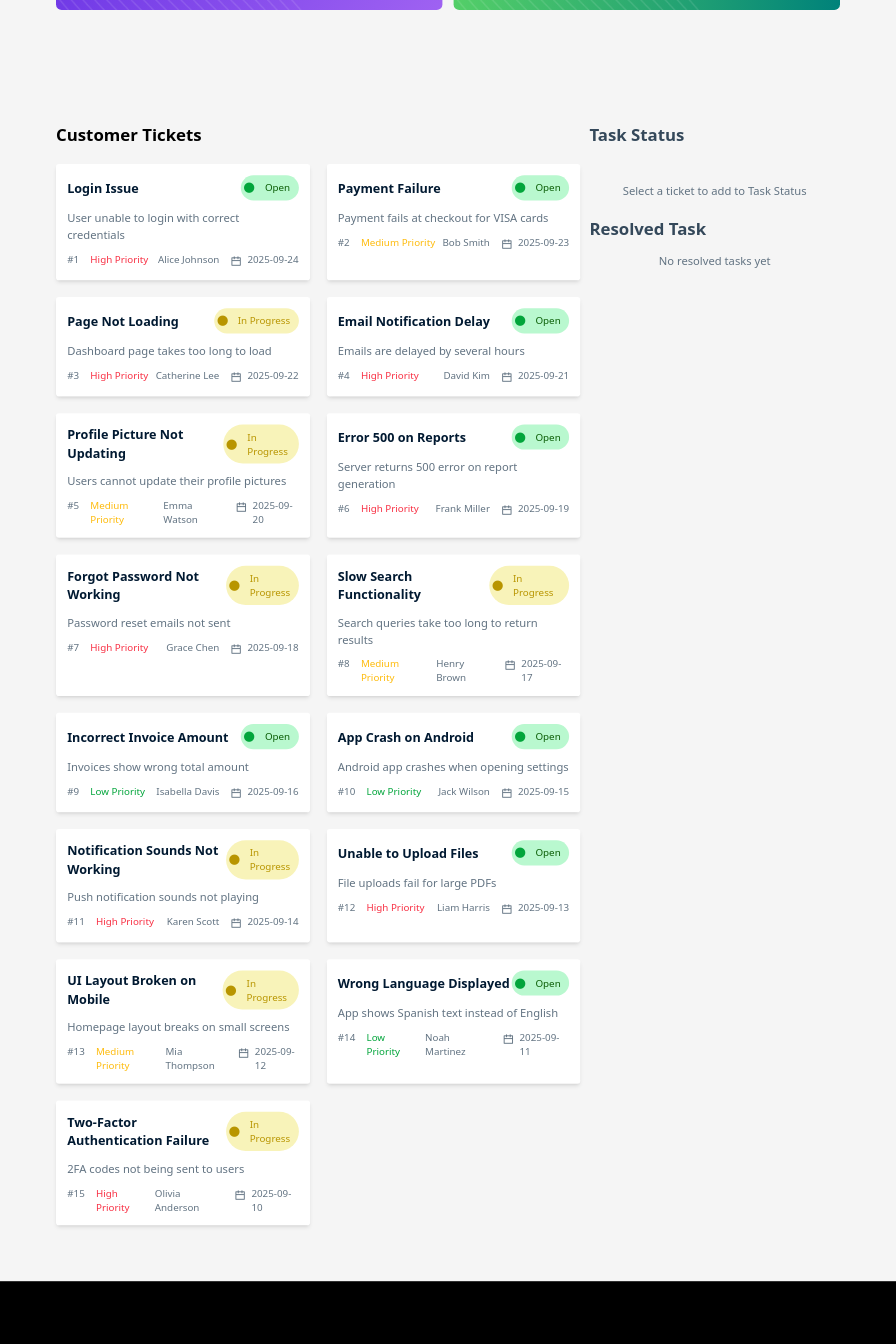
Repository: belalctgns2021/customer-support-zones
Page: /
These files come from the project's save history. The page is drawn as it stood at one moment and after the next save; the edit follows.
The browser window is 1280 px wide. The pictures show the part of the page from y = 386 to 2306 px (the page is 2704 px tall before and 2714 px after), at 70% of full size.
Some web libraries are served in a nearby version. The project was rebuilt for these pictures with package versions that can differ from the ones it lists, and the page was loaded fresh each time. Also part of the build but not shown: vite.config.js.

Above is the page before, as saved 2025-10-29 07:18:04.

### index.html
<!doctype html>
<html lang="en">

<head>
  <meta charset="UTF-8" />
  <meta name="viewport" content="width=device-width, initial-scale=1.0" />
  <link href="https://cdn.jsdelivr.net/npm/remixicon@4.5.0/fonts/remixicon.css" rel="stylesheet" />
  <title>customer-service</title>
</head>

<body style="background-color: white;">
  <div id="root"></div>
  <script type="module" src="/src/main.jsx"></script>
</body>

</html>

### src/index.css
@import url("https://fonts.googleapis.com/css2?family=Inter:wght@100..900&display=swap");

@import "tailwindcss";
@plugin "daisyui";

### src/App.jsx
import "./index.css";
import React, { Suspense } from "react";
import Navbar from "./components/Navbar/Navbar";
import Progress from "./components/Progress/Progress";
import Hero from "./components/Hero/Hero";
import Footer from "./components/Footer/Footer";

function App() {
  return (
    <>
      <Navbar />
      <Hero />
      <Footer />
    </>
  );
}

export default App;

### src/components/Navbar/Navbar.jsx
import React from "react";

const Navbar = () => {
  return (
    <div className="font-inter px-[10px] md:px-[20px] lg:px-[80px] py-[5px] md:py-[15px]  flex items-center justify-between">
      <p className="text-[16px] md:text-[20px] lg:text-[24px] font-[700] text-[#130B2D]">
        CS - Ticket System
      </p>

      <div className="flex items-center gap-[32px]">
        <div className="hidden md:flex ">
          <ul className="flex md:text-[12px] md:gap-[12px] lg:gap-[30px] lg:text-[16px] font-[400] text-black">
            <li className="hover:scale-[1.1]">
              <a href="#">Home</a>
            </li>
            <li className="hover:scale-[1.1]">
              <a href="#">FAQ</a>
            </li>
            <li className="hover:scale-[1.1]">
              <a href="#">Changelog</a>
            </li>
            <li className="hover:scale-[1.1]">
              <a href="#">Blog</a>
            </li>
            <li className="hover:scale-[1.1]">
              <a href="#">Download</a>
            </li>
            <li className="hover:scale-[1.1]">
              <a href="#">Contact</a>
            </li>
          </ul>
        </div>

        <button className="btn text-[#ffff] rounded bg-[linear-gradient(125.07deg,#632EE3,#9F62F2)] border-none flex items-center justify-center gap-2">
          <i className="ri-add-line"></i>
          <p>New Ticket</p>
        </button>
      </div>
    </div>
  );
};

export default Navbar;

### src/components/Progress/Progress.jsx
import React from "react";
import vector1 from "../../assets/vector1.png";
import "./Progress.css";

const Progress = ({ inProgress, resolved }) => {
  return (
    <div className="bg-[#F5F5F5] font-inter py-[5px] md:py-[10px] lg:px-[80px]  mx-auto  flex flex-col md:flex-row items-center progress-container gap-4">
      {/* in progress */}
      <div className="progress-card w-[300px] lg:w-[750px] md:w-[500px] h-[250px] mx-auto flex flex-col  items-center justify-center">
        <div className="vector-wrapper">
          <img src={vector1} alt="vector 1" className="vector1 w-full " />
          <img src={vector1} alt="vector 2" className="vector2" />
        </div>
        <div className="text-content text-[#fff]">
          <p className="text-[24px]">In-Progress</p>
          <span className="text-[60px] font-[600]">{inProgress}</span>
        </div>
      </div>

      {/* Resolved */}
      <div className="resolved-card w-[300px] lg:w-[750px] md:w-[500px] h-[250px] mx-auto flex flex-col items-center justify-center">
        <div className="vector-wrapper">
          <img src={vector1} alt="vector 1" className="vector1" />
          <img src={vector1} alt="vector 2" className="vector2" />
        </div>
        <div className="text-content text-[#fff]">
          <p className="text-[24px]">Resolved</p>
          <span className="text-[60px] font-[600]">{resolved}</span>
        </div>
      </div>
    </div>
  );
};

export default Progress;

### src/components/Footer/Footer.jsx
import React from "react";

const Footer = () => {
  return (
    <div className="flex flex-col items-center w-full gap-[60px] p-[20px] md:p-[40px] lg:p-[80px] bg-[#000000] text-white">
      {/* Top Section */}
      <div className="flex flex-col md:flex-row md:justify-center lg:justify-between lg:items-start gap-[40px] w-full max-w-[1200px]">
        {/* Left Side (Brand + Company) */}
        <div className="flex flex-col md:flex-row gap-[40px] md:gap-[80px] items-center md:items-start">
          {/* Brand */}
          <div className="flex flex-col gap-[20px] items-center md:items-start text-center md:text-left max-w-[320px]">
            <h1 className="text-[18px] md:text-[22px] lg:text-[28px] font-[700]">
              CS - Ticket System
            </h1>
            <p className="text-[10px] md:text-[14px] lg:text-[16px] leading-relaxed">
              Lorem Ipsum is simply dummy text of the printing and typesetting
              industry. Lorem Ipsum has been the industry's standard dummy text
              ever since the 1500s, when an unknown printer took a galley of
              type and scrambled it to make a type specimen book.
            </p>
          </div>

          {/* Company */}
          <div className="flex flex-col gap-[16px] items-center md:items-start">
            <h1 className="text-[16px] md:text-[20px] lg:text-[24px] font-[700]">
              Company
            </h1>
            <ul className="flex flex-col gap-[12px] text-[10px] md:text-[14px] lg:text-[16px]">
              <li>
                <a href="#">About Us</a>
              </li>
              <li>
                <a href="#">Our Mission</a>
              </li>
              <li>
                <a href="#">Contact Sales</a>
              </li>
            </ul>
          </div>
        </div>

        {/* Middle (Services + Info) */}
        <div className="flex flex-col md:flex-row gap-[40px] items-center md:items-start">
          {/* Services */}
          <div className="flex flex-col gap-[16px] items-center md:items-start">
            <h1 className="text-[16px] md:text-[20px] lg:text-[24px] font-[700]">
              Services
            </h1>
            <ul className="flex flex-col gap-[12px] text-[10px] md:text-[14px] lg:text-[16px]">
              <li>
                <a href="#">Products & Services</a>
              </li>
              <li>
                <a href="#">Customer Stories</a>
              </li>
              <li>
                <a href="#">Download Apps</a>
              </li>
            </ul>
          </div>

          {/* Information */}
          <div className="flex flex-col gap-[16px] items-center md:items-start">
            <h1 className="text-[16px] md:text-[20px] lg:text-[24px] font-[700]">
              Information
            </h1>
            <ul className="flex flex-col gap-[12px] text-[10px] md:text-[14px] lg:text-[16px]">
              <li>
                <a href="#">Privacy Policy</a>
              </li>
              <li>
                <a href="#">Terms & Conditions</a>
              </li>
              <li>
                <a href="#">Join Us</a>
              </li>
            </ul>
          </div>
        </div>

        {/* Right Side (Social Links) */}
        <div className="flex flex-col gap-[16px] items-center md:items-start">
          <h1 className="text-[16px] md:text-[20px] lg:text-[24px] font-[700]">
            Social Links
          </h1>
          <ul className="flex flex-col gap-[12px] text-[10px] md:text-[14px] lg:text-[16px]">
            <li className="flex gap-2 items-center">
              <i className="ri-twitter-x-line"></i>
              <a href="#">@CS - Ticket System</a>
            </li>
            <li className="flex gap-2 items-center">
              <i className="ri-linkedin-fill"></i>
              <a href="#">@CS - Ticket System</a>
            </li>
            <li className="flex gap-2 items-center">
              <i className="ri-facebook-circle-line"></i>
              <a href="#">@CS - Ticket System</a>
            </li>
            <li className="flex gap-2 items-center">
              <i className="ri-mail-line"></i>
              <a href="mailto:support@cst.com">support@cst.com</a>
            </li>
          </ul>
        </div>
      </div>

      {/* Bottom Section */}
      <div className="text-[10px] md:text-[14px] lg:text-[16px] text-center">
        <p>© 2025 CS - Ticket System. All rights reserved.</p>
      </div>
    </div>
  );
};

export default Footer;

### src/components/Progress/Progress.css
.progress-container {
  display: flex;
  gap: 16px;
  margin: auto;
  padding: 80px;
}

.progress-card {
  position: relative;

  border-radius: 8px;
  background: linear-gradient(125.07deg, #632ee3, #9f62f2);
  overflow: hidden;
  display: flex;
  justify-content: center;
  align-items: center;
}

.resolved-card {
  position: relative;

  border-radius: 8px;
  background: linear-gradient(90deg, #54CF68, #00827A);
  overflow: hidden;
  display: flex;
  justify-content: center;
  align-items: center;
}

.vector-wrapper {
  position: absolute;
  top: 0;
  left: 0;
  width: 100%;
  height: 100%;
  display: flex;
  justify-content: space-between;
  align-items: center;
}

.vector1 {
  width: 720px;
  height: 300px;
}

.vector2 {
  width: 720px;
  height: 300px;
  transform: rotate(-180deg);
}

.text-content {
  position: relative;
  z-index: 10;
  display: flex;
  flex-direction: column;
  align-items: center;
  justify-content: center;
  color: #fff;
  font-size: 24px;
  font-weight: 600;
}

### src/components/Task/Task.jsx
import React from "react";

const Task = ({ tasks, resolvedTasks, onComplete }) => {
  return (
    <div className="w-full lg:max-w-[358px] flex flex-col gap-[2rem] lg:gap-[4rem]">
      {/* Mobile & Tablet: Task and Resolved side by side */}
      <div className="grid grid-cols-1 md:grid-cols-2 lg:grid-cols-1 gap-6">
        {/* Task Status */}
        <div>
          <p className="text-[20px] md:text-[24px] font-[600] text-[#34485A] mb-4">
            Task Status
          </p>
          {tasks && tasks.length > 0 ? (
            <div className="flex flex-col gap-[16px] rounded-[4px]">
              {tasks.map((task) => (
                <div
                  key={task.id}
                  className="bg-[#fff] flex flex-col p-[16px] gap-[16px] rounded-[4px] shadow-sm"
                >
                  <h2 className="text-[16px] md:text-[18px] font-[500] text-black">
                    {task.title}
                  </h2>
                  <button
                    onClick={() => onComplete(task.id)}
                    className="rounded-[4px] w-full bg-[rgba(2,165,59,1)] py-[12px] text-white font-[500] hover:bg-green-700 transition-colors duration-200"
                  >
                    Complete
                  </button>
                </div>
              ))}
            </div>
          ) : (
            <p className="text-[#627382] text-center mt-[20px] md:mt-[50px] text-[14px] md:text-[16px]">
              Select a ticket to add to Task Status
            </p>
          )}
        </div>

        {/* Resolved Tasks */}
        <div>
          <p className="text-[20px] md:text-[24px] font-[600] text-[#34485A] mb-4">
            Resolved Task
          </p>
          {resolvedTasks && resolvedTasks.length > 0 ? (
            <div className="flex flex-col gap-4">
              {resolvedTasks.map((rTask) => (
                <div
                  key={rTask.id}
                  className="bg-white text-[16px] md:text-[18px] p-4 rounded-md shadow text-black border-l-4 border-green-500"
                >
                  {rTask.title}
                </div>
              ))}
            </div>
          ) : (
            <p className="text-[#627382] text-center mt-4 text-[14px] md:text-[16px]">
              No resolved tasks yet
            </p>
          )}
        </div>
      </div>
    </div>
  );
};

export default Task;

### public/tickets.json
[
  {
    "id": 1,
    "title": "Login Issue",
    "description": "User unable to login with correct credentials",
    "customer": "Alice Johnson",
    "priority": "High Priority",
    "status": "Open",
    "createdAt": "2025-09-24"
  },
  {
    "id": 2,
    "title": "Payment Failure",
    "description": "Payment fails at checkout for VISA cards",
    "customer": "Bob Smith",
    "priority": "Medium Priority",
    "status": "Open",
    "createdAt": "2025-09-23"
  },
  {
    "id": 3,
    "title": "Page Not Loading",
    "description": "Dashboard page takes too long to load",
    "customer": "Catherine Lee",
    "priority": "High Priority",
    "status": "In Progress",
    "createdAt": "2025-09-22"
  },
  {
    "id": 4,
    "title": "Email Notification Delay",
    "description": "Emails are delayed by several hours",
    "customer": "David Kim",
    "priority": "High Priority",
    "status": "Open",
    "createdAt": "2025-09-21"
  },
  {
    "id": 5,
    "title": "Profile Picture Not Updating",
    "description": "Users cannot update their profile pictures",
    "customer": "Emma Watson",
    "priority": "Medium Priority",
    "status": "In Progress",
    "createdAt": "2025-09-20"
  },
  {
    "id": 6,
    "title": "Error 500 on Reports",
    "description": "Server returns 500 error on report generation",
    "customer": "Frank Miller",
    "priority": "High Priority",
    "status": "Open",
    "createdAt": "2025-09-19"
  },
  {
    "id": 7,
    "title": "Forgot Password Not Working",
    "description": "Password reset emails not sent",
    "customer": "Grace Chen",
    "priority": "High Priority",
    "status": "In Progress",
    "createdAt": "2025-09-18"
  },
  {
    "id": 8,
    "title": "Slow Search Functionality",
    "description": "Search queries take too long to return results",
    "customer": "Henry Brown",
    "priority": "Medium Priority",
    "status": "In Progress",
    "createdAt": "2025-09-17"
  },
  {
    "id": 9,
    "title": "Incorrect Invoice Amount",
    "description": "Invoices show wrong total amount",
    "customer": "Isabella Davis",
    "priority": "Low Priority",
    "status": "Open",
    "createdAt": "2025-09-16"
  },
  {
    "id": 10,
    "title": "App Crash on Android",
    "description": "Android app crashes when opening settings",
    "customer": "Jack Wilson",
    "priority": "Low Priority",
    "status": "Open",
    "createdAt": "2025-09-15"
  },
  {
    "id": 11,
    "title": "Notification Sounds Not Working",
    "description": "Push notification sounds not playing",
    "customer": "Karen Scott",
    "priority": "High Priority",
    "status": "In Progress",
    "createdAt": "2025-09-14"
  },
  {
    "id": 12,
    "title": "Unable to Upload Files",
    "description": "File uploads fail for large PDFs",
    "customer": "Liam Harris",
    "priority": "High Priority",
    "status": "Open",
    "createdAt": "2025-09-13"
  },
  {
    "id": 13,
    "title": "UI Layout Broken on Mobile",
    "description": "Homepage layout breaks on small screens",
    "customer": "Mia Thompson",
    "priority": "Medium Priority",
    "status": "In Progress",
    "createdAt": "2025-09-12"
  },
  {
    "id": 14,
    "title": "Wrong Language Displayed",
    "description": "App shows Spanish text instead of English",
    "customer": "Noah Martinez",
    "priority": "Low Priority",
    "status": "Open",
    "createdAt": "2025-09-11"
  },
  {
    "id": 15,
    "title": "Two-Factor Authentication Failure",
    "description": "2FA codes not being sent to users",
    "customer": "Olivia Anderson",
    "priority": "High Priority",
    "status": "In Progress",
    "createdAt": "2025-09-10"
  }
]

Loaded but not shown: src/main.jsx (common file); src/components/Hero/Hero.jsx (192 lines, source omitted)

After the next save:
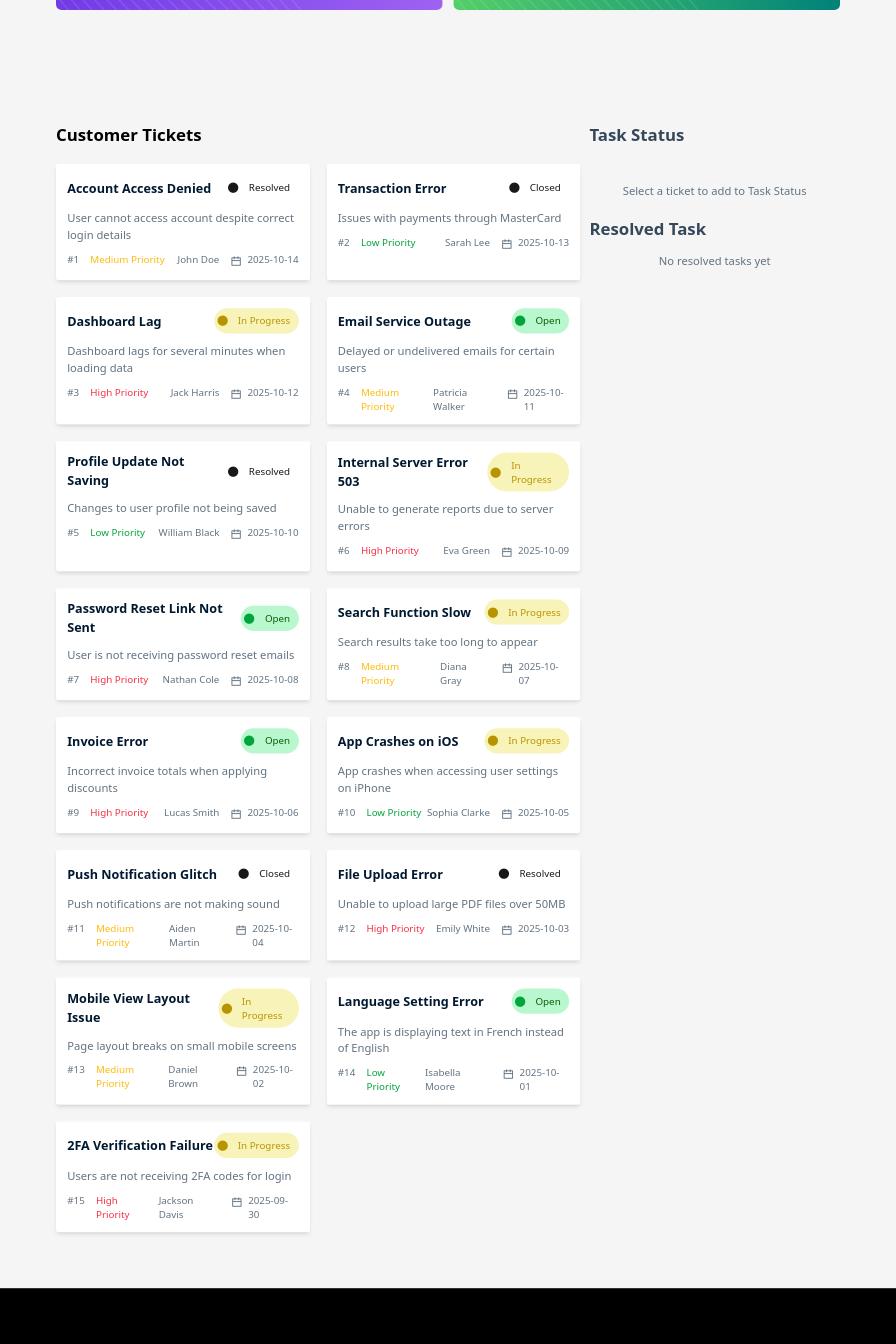
Saved 3 min 18 s later.
--- a/public/tickets.json
+++ b/public/tickets.json
@@ -1,137 +1,137 @@
 [
   {
     "id": 1,
-    "title": "Login Issue",
-    "description": "User unable to login with correct credentials",
-    "customer": "Alice Johnson",
-    "priority": "High Priority",
-    "status": "Open",
-    "createdAt": "2025-09-24"
+    "title": "Account Access Denied",
+    "description": "User cannot access account despite correct login details",
+    "customer": "John Doe",
+    "priority": "Medium Priority",
+    "status": "Resolved",
+    "createdAt": "2025-10-14"
   },
   {
     "id": 2,
-    "title": "Payment Failure",
-    "description": "Payment fails at checkout for VISA cards",
-    "customer": "Bob Smith",
-    "priority": "Medium Priority",
-    "status": "Open",
-    "createdAt": "2025-09-23"
+    "title": "Transaction Error",
+    "description": "Issues with payments through MasterCard",
+    "customer": "Sarah Lee",
+    "priority": "Low Priority",
+    "status": "Closed",
+    "createdAt": "2025-10-13"
   },
   {
     "id": 3,
-    "title": "Page Not Loading",
-    "description": "Dashboard page takes too long to load",
-    "customer": "Catherine Lee",
+    "title": "Dashboard Lag",
+    "description": "Dashboard lags for several minutes when loading data",
+    "customer": "Jack Harris",
     "priority": "High Priority",
     "status": "In Progress",
-    "createdAt": "2025-09-22"
+    "createdAt": "2025-10-12"
   },
   {
     "id": 4,
-    "title": "Email Notification Delay",
-    "description": "Emails are delayed by several hours",
-    "customer": "David Kim",
-    "priority": "High Priority",
+    "title": "Email Service Outage",
+    "description": "Delayed or undelivered emails for certain users",
+    "customer": "Patricia Walker",
+    "priority": "Medium Priority",
     "status": "Open",
-    "createdAt": "2025-09-21"
+    "createdAt": "2025-10-11"
   },
   {
     "id": 5,
-    "title": "Profile Picture Not Updating",
-    "description": "Users cannot update their profile pictures",
-    "customer": "Emma Watson",
-    "priority": "Medium Priority",
-    "status": "In Progress",
-    "createdAt": "2025-09-20"
+    "title": "Profile Update Not Saving",
+    "description": "Changes to user profile not being saved",
+    "customer": "William Black",
+    "priority": "Low Priority",
+    "status": "Resolved",
+    "createdAt": "2025-10-10"
   },
   {
     "id": 6,
-    "title": "Error 500 on Reports",
-    "description": "Server returns 500 error on report generation",
-    "customer": "Frank Miller",
+    "title": "Internal Server Error 503",
+    "description": "Unable to generate reports due to server errors",
+    "customer": "Eva Green",
     "priority": "High Priority",
-    "status": "Open",
-    "createdAt": "2025-09-19"
+    "status": "In Progress",
+    "createdAt": "2025-10-09"
   },
   {
     "id": 7,
-    "title": "Forgot Password Not Working",
-    "description": "Password reset emails not sent",
-    "customer": "Grace Chen",
+    "title": "Password Reset Link Not Sent",
+    "description": "User is not receiving password reset emails",
+    "customer": "Nathan Cole",
     "priority": "High Priority",
-    "status": "In Progress",
-    "createdAt": "2025-09-18"
+    "status": "Open",
+    "createdAt": "2025-10-08"
   },
   {
     "id": 8,
-    "title": "Slow Search Functionality",
-    "description": "Search queries take too long to return results",
-    "customer": "Henry Brown",
+    "title": "Search Function Slow",
+    "description": "Search results take too long to appear",
+    "customer": "Diana Gray",
     "priority": "Medium Priority",
     "status": "In Progress",
-    "createdAt": "2025-09-17"
+    "createdAt": "2025-10-07"
   },
   {
     "id": 9,
-    "title": "Incorrect Invoice Amount",
-    "description": "Invoices show wrong total amount",
-    "customer": "Isabella Davis",
-    "priority": "Low Priority",
+    "title": "Invoice Error",
+    "description": "Incorrect invoice totals when applying discounts",
+    "customer": "Lucas Smith",
+    "priority": "High Priority",
     "status": "Open",
-    "createdAt": "2025-09-16"
+    "createdAt": "2025-10-06"
   },
   {
     "id": 10,
-    "title": "App Crash on Android",
-    "description": "Android app crashes when opening settings",
-    "customer": "Jack Wilson",
+    "title": "App Crashes on iOS",
+    "description": "App crashes when accessing user settings on iPhone",
+    "customer": "Sophia Clarke",
     "priority": "Low Priority",
-    "status": "Open",
-    "createdAt": "2025-09-15"
+    "status": "In Progress",
+    "createdAt": "2025-10-05"
   },
   {
     "id": 11,
-    "title": "Notification Sounds Not Working",
-    "description": "Push notification sounds not playing",
-    "customer": "Karen Scott",
-    "priority": "High Priority",
-    "status": "In Progress",
-    "createdAt": "2025-09-14"
+    "title": "Push Notification Glitch",
+    "description": "Push notifications are not making sound",
+    "customer": "Aiden Martin",
+    "priority": "Medium Priority",
+    "status": "Closed",
+    "createdAt": "2025-10-04"
   },
   {
     "id": 12,
-    "title": "Unable to Upload Files",
-    "description": "File uploads fail for large PDFs",
-    "customer": "Liam Harris",
+    "title": "File Upload Error",
+    "description": "Unable to upload large PDF files over 50MB",
+    "customer": "Emily White",
     "priority": "High Priority",
-    "status": "Open",
-    "createdAt": "2025-09-13"
+    "status": "Resolved",
+    "createdAt": "2025-10-03"
   },
   {
     "id": 13,
-    "title": "UI Layout Broken on Mobile",
-    "description": "Homepage layout breaks on small screens",
-    "customer": "Mia Thompson",
+    "title": "Mobile View Layout Issue",
+    "description": "Page layout breaks on small mobile screens",
+    "customer": "Daniel Brown",
     "priority": "Medium Priority",
     "status": "In Progress",
-    "createdAt": "2025-09-12"
+    "createdAt": "2025-10-02"
   },
   {
     "id": 14,
-    "title": "Wrong Language Displayed",
-    "description": "App shows Spanish text instead of English",
-    "customer": "Noah Martinez",
+    "title": "Language Setting Error",
+    "description": "The app is displaying text in French instead of English",
+    "customer": "Isabella Moore",
     "priority": "Low Priority",
     "status": "Open",
-    "createdAt": "2025-09-11"
+    "createdAt": "2025-10-01"
   },
   {
     "id": 15,
-    "title": "Two-Factor Authentication Failure",
-    "description": "2FA codes not being sent to users",
-    "customer": "Olivia Anderson",
+    "title": "2FA Verification Failure",
+    "description": "Users are not receiving 2FA codes for login",
+    "customer": "Jackson Davis",
     "priority": "High Priority",
     "status": "In Progress",
-    "createdAt": "2025-09-10"
+    "createdAt": "2025-09-30"
   }
 ]
